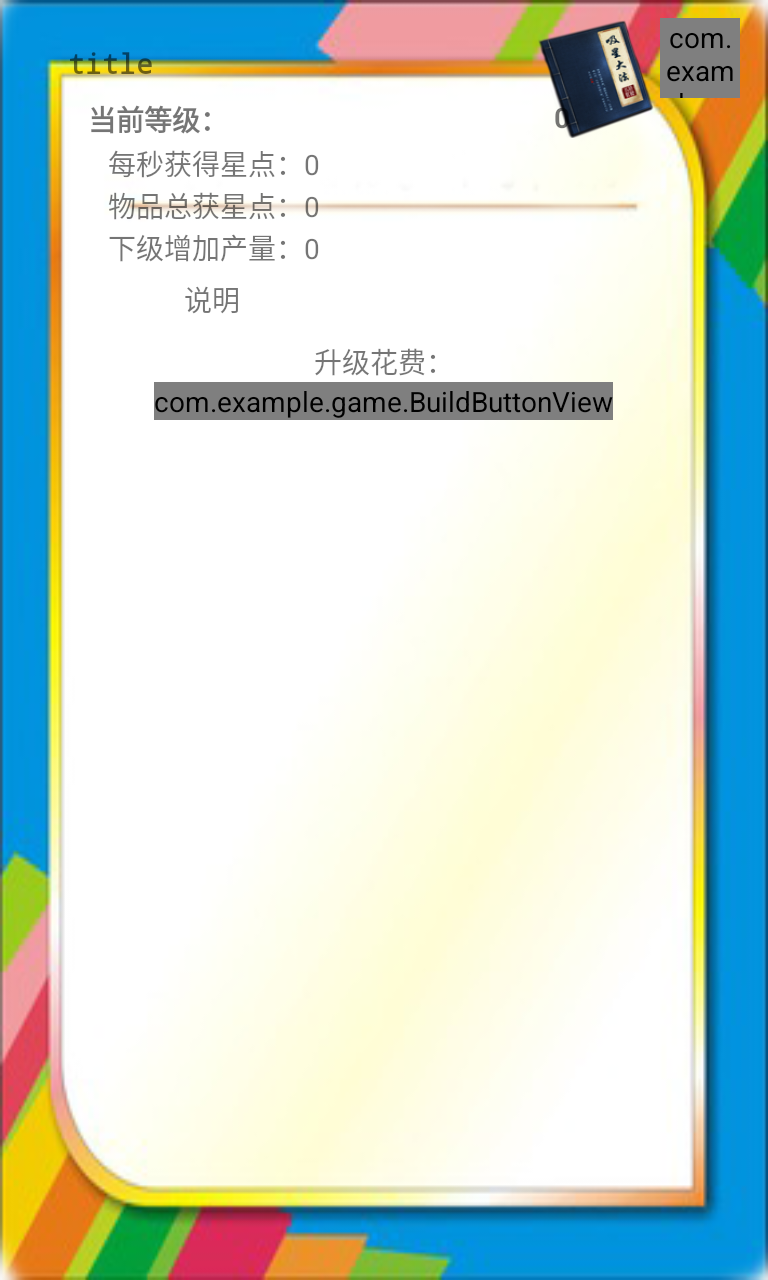
Repository: xianyun2014/StarPoint
Layout: game/res/layout/build_info_view.xml
These files come from the project's save history. The layout is drawn as it stood at one moment and after the next save; the edit follows.
Pictures or frames that could not be fetched are drawn as grey boxes. It is drawn on a 768 x 1280 px phone screen (xhdpi) without system bars, with theme AppTheme; the app's code is not run.

Above is the layout before, as saved 2014-11-18 07:17:39.

### game/res/layout/build_info_view.xml
<RelativeLayout xmlns:android="http://schemas.android.com/apk/res/android"
    xmlns:android1="http://schemas.android.com/apk/res/android"
    android1:id="@+id/build_info"
    android1:layout_width="wrap_content"
    android1:layout_height="wrap_content"
    android1:layout_alignParentBottom="true"
    android1:layout_alignParentLeft="true"
    android1:layout_alignParentRight="true"
    android1:layout_alignParentTop="true"
    android1:layout_marginBottom="150dp"
    android1:layout_marginLeft="10dp"
    android1:layout_marginRight="10dp"
    android1:layout_marginTop="60dp"
    android1:gravity="right" >

    <ImageView
        android1:id="@+id/imageView1"
        android1:layout_width="fill_parent"
        android1:layout_height="fill_parent"
        android1:layout_alignParentBottom="true"
        android1:layout_alignParentLeft="true"
        android1:layout_alignParentTop="true"
        android1:scaleType="fitXY"
        android1:src="@drawable/info_build" />

    <TableLayout
        android1:id="@+id/TableLayout1"
        android1:layout_width="wrap_content"
        android1:layout_height="wrap_content"
        android1:layout_alignLeft="@+id/build_name"
        android1:layout_below="@+id/build_name"
        android1:layout_marginLeft="20dp"
        android1:layout_marginTop="30dp" >

        <TableRow
            android1:id="@+id/tableRow1"
            android1:layout_width="wrap_content"
            android1:layout_height="wrap_content" >

            <TextView
                android1:id="@+id/textView1"
                android1:layout_width="wrap_content"
                android1:layout_height="wrap_content"
                android1:text="每秒获得星点：" />

            <TextView
                android1:id="@+id/txt_yield_sec"
                android1:layout_width="wrap_content"
                android1:layout_height="wrap_content"
                android1:text="0" />
        </TableRow>

        <TableRow
            android1:id="@+id/tableRow2"
            android1:layout_width="wrap_content"
            android1:layout_height="wrap_content" >

            <TextView
                android1:id="@+id/textView3"
                android1:layout_width="wrap_content"
                android1:layout_height="wrap_content"
                android1:text="物品总获星点：" />

            <TextView
                android1:id="@+id/txt_yield_total"
                android1:layout_width="wrap_content"
                android1:layout_height="wrap_content"
                android1:text="0" />
        </TableRow>

        <TableRow
            android1:id="@+id/tableRow3"
            android1:layout_width="wrap_content"
            android1:layout_height="wrap_content" >

            <TextView
                android1:id="@+id/textView5"
                android1:layout_width="wrap_content"
                android1:layout_height="wrap_content"
                android1:text="下级增加产量：" />

            <TextView
                android1:id="@+id/txt_next_add"
                android1:layout_width="wrap_content"
                android1:layout_height="wrap_content"
                android1:text="0" />
        </TableRow>
    </TableLayout>

    <TextView
        android1:id="@+id/textView2"
        android1:layout_width="wrap_content"
        android1:layout_height="wrap_content"
        android1:layout_alignLeft="@+id/build_name"
        android1:layout_below="@+id/build_name"
        android1:layout_marginLeft="10dp"
        android1:layout_marginTop="8dp"
        android1:text="当前等级："
        android1:textStyle="bold" />

    <TextView
        android1:id="@+id/txt_info"
        android1:layout_width="200dp"
        android1:layout_height="wrap_content"
        android1:layout_below="@+id/TableLayout1"
        android1:layout_centerHorizontal="true"
        android1:layout_marginTop="5dp"
        android1:maxWidth="200dp"
        android1:text="说明" />

    <ImageView
        android1:id="@+id/imageView2"
        android1:layout_width="60dp"
        android1:layout_height="60dp"
        android1:layout_alignRight="@+id/imageView1"
        android1:layout_alignTop="@+id/imageView1"
        android1:layout_marginRight="56dp"
        android1:layout_marginTop="9dp"
        android1:scaleType="fitXY"
        android1:src="@drawable/jz_xzdf" />

    <TextView
        android1:id="@+id/txt_cost"
        android1:layout_width="wrap_content"
        android1:layout_height="wrap_content"
        android1:layout_below="@+id/txt_info"
        android1:layout_centerHorizontal="true"
        android1:layout_marginTop="10dp"
        android1:text="升级花费：" />

    <com.example.game.BuildButtonView
        android1:id="@+id/close"
        android1:layout_width="40dp"
        android1:layout_height="40dp"
        android1:layout_alignRight="@+id/imageView1"
        android1:layout_alignTop="@+id/imageView1"
        android1:layout_marginRight="14dp"
        android1:layout_marginTop="9dp"
        android1:scaleType="fitXY"
        android1:src="@drawable/close" />

    <com.example.game.BuildButtonView
        android1:id="@+id/updata"
        android1:layout_width="wrap_content"
        android1:layout_height="wrap_content"
        android1:layout_below="@+id/txt_cost"
        android1:layout_centerHorizontal="true"
        android1:scaleType="fitXY"
        android1:src="@drawable/updata" />

    <TextView
        android1:id="@+id/build_name"
        android1:layout_width="wrap_content"
        android1:layout_height="wrap_content"
        android1:layout_alignParentLeft="true"
        android1:layout_alignParentTop="true"
        android1:layout_below="@layout/build_info_view"
        android1:layout_marginLeft="34dp"
        android1:layout_marginTop="22dp"
        android1:text="title"
        android1:textStyle="bold"
        android1:typeface="monospace" />

    <TextView
        android1:id="@+id/txt_Level"
        android1:layout_width="wrap_content"
        android1:layout_height="wrap_content"
        android1:layout_alignLeft="@+id/txt_cost"
        android1:layout_alignTop="@+id/textView2"
        android1:layout_marginLeft="120dp"
        android1:text="0"
        android1:textStyle="bold" />

</RelativeLayout>

Loaded but not shown: game/res/values/styles.xml (common file); game/res/values-v11/styles.xml (common file); game/res/values-v14/styles.xml (common file)

After the next save:
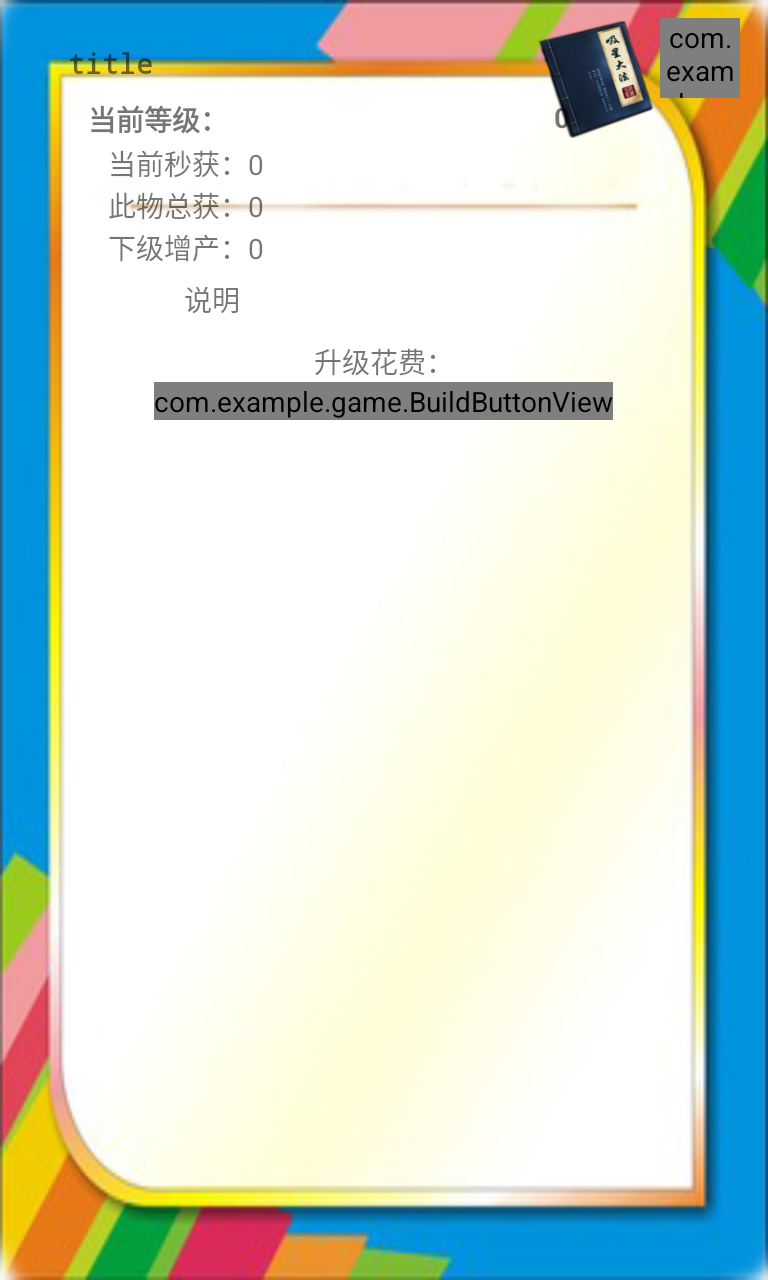
Saved 20 min 7 s later.
--- a/game/res/layout/build_info_view.xml
+++ b/game/res/layout/build_info_view.xml
@@ -41,7 +41,7 @@
                 android1:id="@+id/textView1"
                 android1:layout_width="wrap_content"
                 android1:layout_height="wrap_content"
-                android1:text="每秒获得星点：" />
+                android1:text="当前秒获：" />
 
             <TextView
                 android1:id="@+id/txt_yield_sec"
@@ -59,7 +59,7 @@
                 android1:id="@+id/textView3"
                 android1:layout_width="wrap_content"
                 android1:layout_height="wrap_content"
-                android1:text="物品总获星点：" />
+                android1:text="此物总获：" />
 
             <TextView
                 android1:id="@+id/txt_yield_total"
@@ -77,7 +77,7 @@
                 android1:id="@+id/textView5"
                 android1:layout_width="wrap_content"
                 android1:layout_height="wrap_content"
-                android1:text="下级增加产量：" />
+                android1:text="下级增产：" />
 
             <TextView
                 android1:id="@+id/txt_next_add"
